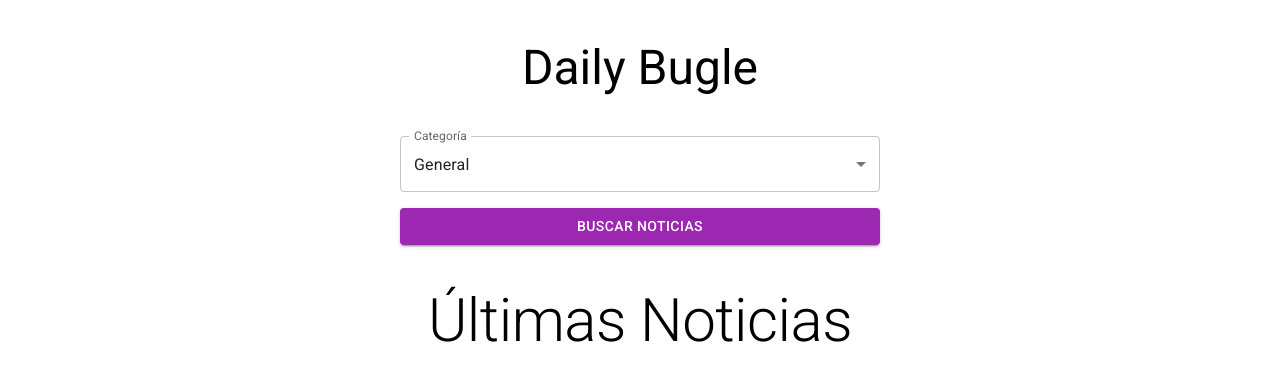
Repository: CarlosCamposRodriguez99/noticiasApp
Page: /
An editor plug-in stored every save of this project. The page is shown before and after the next save, followed by the edit.
The browser window is 1280 px wide. The pictures show the whole page.
The page's requests for data from a server got no answer. Some web fonts or font styles are not loaded; a fallback is used. The project was rebuilt for these pictures with package versions that can differ from the ones it lists, and the page was loaded fresh each time. No one was signed in, and anything a server would have sent is missing. Also part of the build but not shown: vite.config.js.

Above is the page before, as saved 2022-06-07 20:33:51.

After the next save:
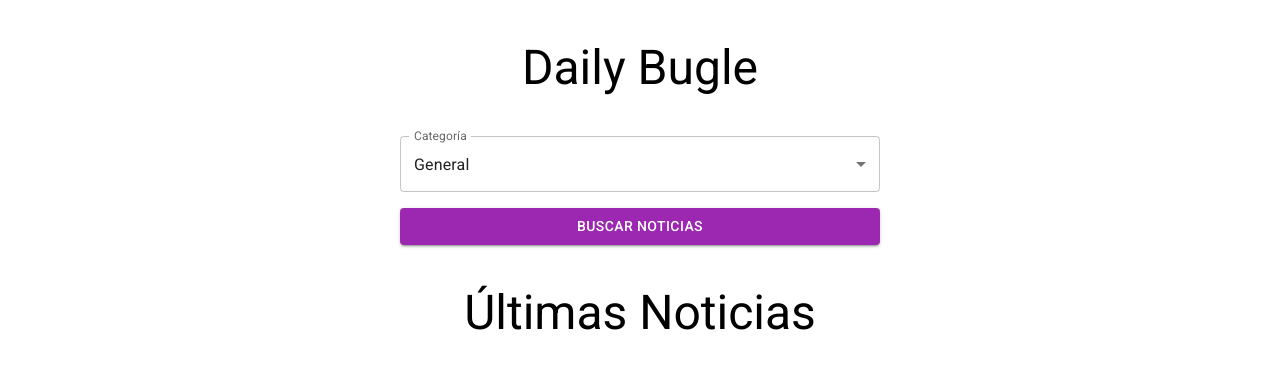
Saved 14 s later.
--- a/src/components/ListadoNoticias.jsx
+++ b/src/components/ListadoNoticias.jsx
@@ -7,7 +7,7 @@
         <Typography
           textAlign='center'
           marginY={5}
-          variant='h2'
+          variant='h3'
         >
           Últimas Noticias
         </Typography>
